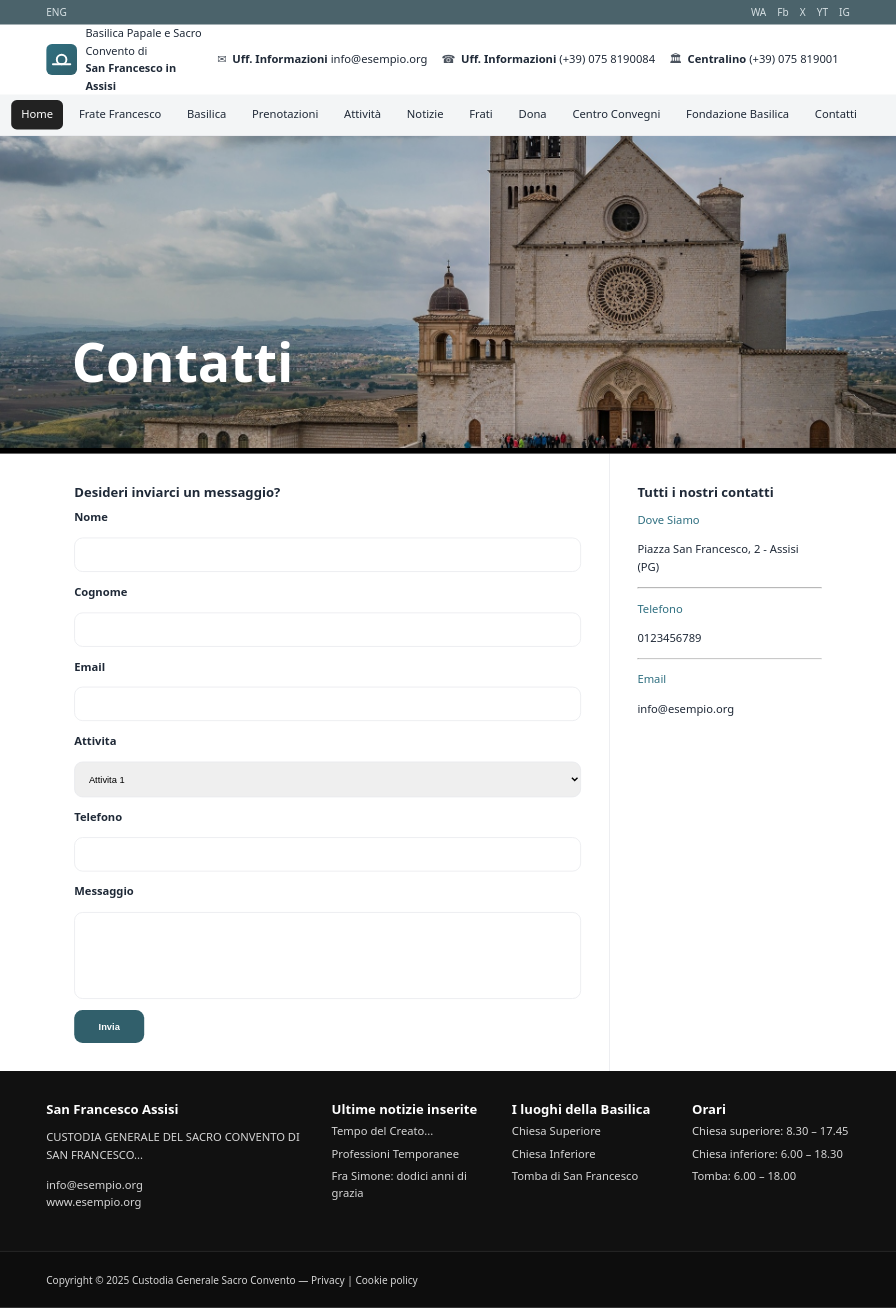
Repository: leacappello/basilica-platform-project
Page: pages/contatti.html
An editor plug-in stored every save of this project. The page is shown before and after the next save, followed by the edit.
The browser window is 1280 px wide. The pictures show the whole page, at 70% of full size.

Above is the page before, as saved 2025-09-17 09:58:40.
Console error (its wording comes from the project's code and is left out).

After the next save:
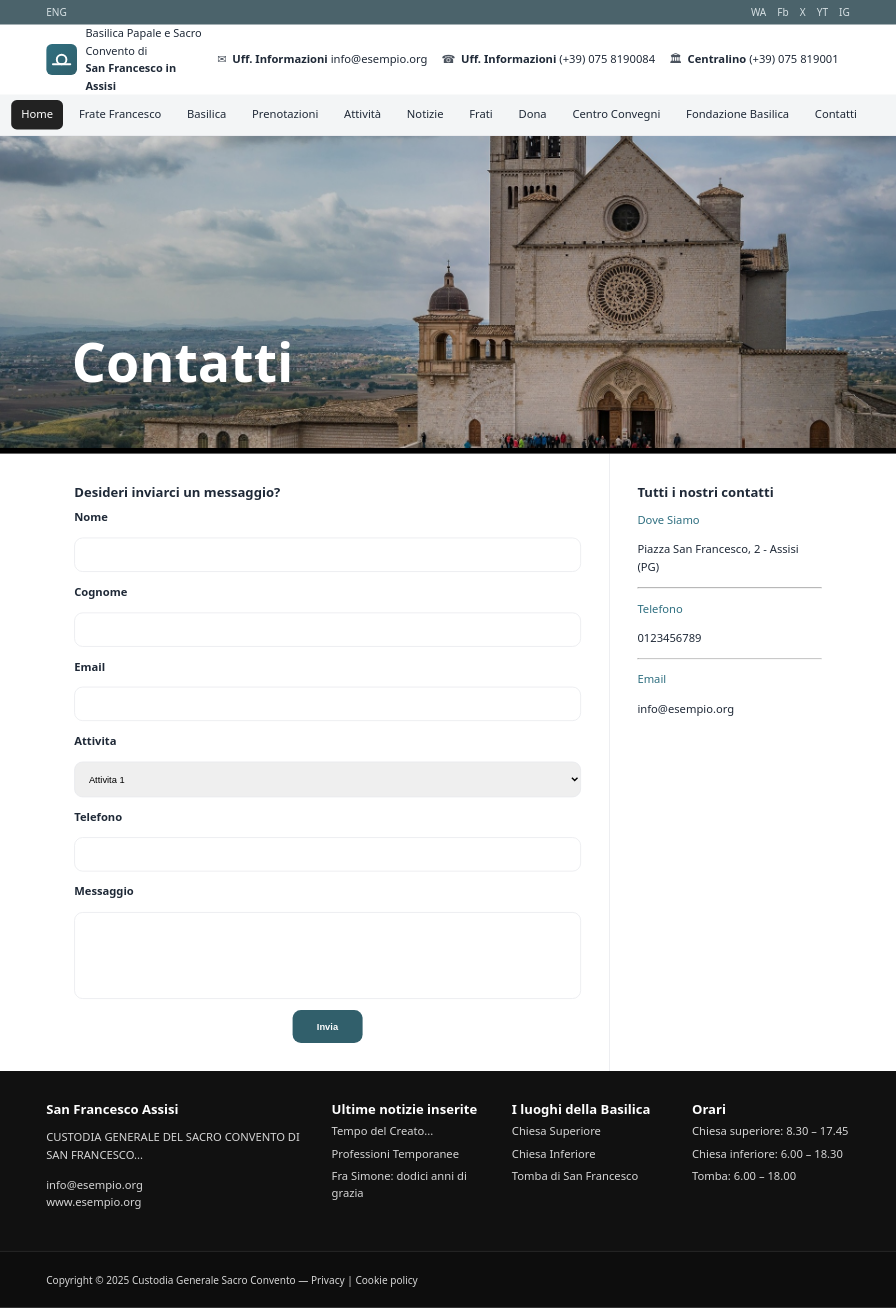
Saved 61 s later.
--- a/pages/contatti.html
+++ b/pages/contatti.html
@@ -159,7 +159,7 @@
                 </figure>
             </div>
         </section>
-       <!-- sezione contatti -->
+        <!-- sezione contatti -->
         <section>
             <div class="container">
                 <div class="container-col">
@@ -192,7 +192,7 @@
                                 </select>
                             </div>
                             <!-- telefono -->
-                           <div class="column">
+                            <div class="column">
                                 <label for="telefono">Telefono</label>
                                 <input type="tel" id="telefono" name="telefono">
                             </div>
@@ -200,8 +200,8 @@
                                 <label for="messaggio">Messaggio</label>
                                 <textarea id="messaggio" name="messaggio" rows="6"></textarea>
                             </div>
-                              <div class="column">
-                            <button type="submit" class="btn">Invia</button>
+                            <div style="margin: auto">
+                                <button type="submit" class="btn">Invia</button>
                             </div>
                         </form>
                     </div>
@@ -220,7 +220,7 @@
                 </div>
             </div>
         </section>
-       <!-- sezione contatti -->
+        <!-- sezione contatti -->
     </div>
 
 
